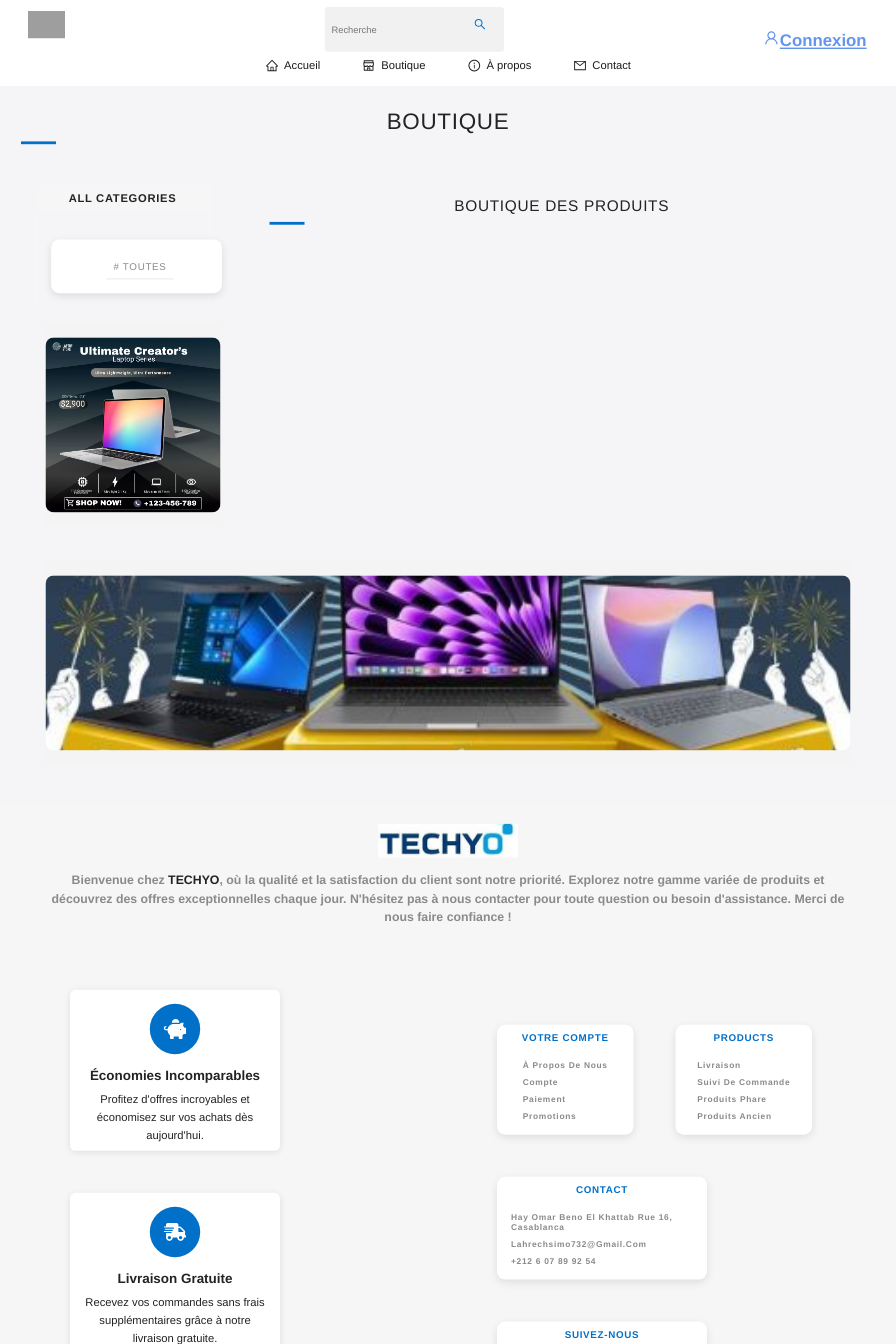
Repository: sebti-cloud/project-modern
Page: /shop (app in ecommerce_website/)
The author's editor kept a copy of each file at every save. The page is drawn from the files as they stood at one save, then again after the next save.
The browser window is 1280 px wide. The pictures show the part of the page from y = 0 to 1920 px (the page is 2633 px tall before and 2293 px after), at 70% of full size.
The page's requests for data from a server got no answer. The project was rebuilt for these pictures with package versions that can differ from the ones it lists, and the page was loaded fresh each time. No one was signed in, and anything a server would have sent is missing. Also part of the build but not shown: ecommerce_website/src/comp/home.js, ecommerce_website/src/comp/cart.js, ecommerce_website/src/comp/contact.js, ecommerce_website/src/comp/Products.js, ecommerce_website/src/comp/Orders.js, ecommerce_website/src/comp/LikedProducts.js, ecommerce_website/src/comp/Categories.js, ecommerce_website/src/comp/AdminContacts.js and 22 more.

Above is the page before, as saved 2025-01-26 13:10:17.

### ecommerce_website/src/comp/shop.js
import React, { useState, useEffect } from 'react';
import './shop.css';
import { AiFillEye, AiFillHeart, AiOutlineShoppingCart, AiOutlineClose } from 'react-icons/ai';
import { Link } from 'react-router-dom';
import Cookies from 'js-cookie';
import Slider from 'react-slick';

const Shop = ({ addtocart, searchResults }) => {
  const [showDetail, setShowDetail] = useState(false);
  const [detail, setDetail] = useState({});
  const [shop, setShop] = useState([]);
  const [categories, setCategories] = useState([]);
  const [likedMessage, setLikedMessage] = useState('');
  const [showLikedMessage, setShowLikedMessage] = useState(false);
  const [cartCount, setCartCount] = useState(parseInt(localStorage.getItem('cartCount')) || 0);
  const [userId, setUserId] = useState(null);
  const [autoplayIndex, setAutoplayIndex] = useState(null);
  const [currentCategory, setCurrentCategory] = useState(''); // Ajout d'un état pour la catégorie actuelle

  useEffect(() => {
    fetchProducts();
    fetchCategories();
    getUserId();
  }, []);

  useEffect(() => {
    if (searchResults && searchResults.length > 0) {
      setShop(searchResults);
    }
  }, [searchResults]);

  useEffect(() => {
    localStorage.setItem('cartCount', cartCount);
  }, [cartCount]);

  useEffect(() => {
    fetchProducts(currentCategory); // Mise à jour de l'effet pour recharger les produits en fonction de la catégorie
  }, [currentCategory]); // Ajouter currentCategory comme dépendance

  const fetchProducts = async (category = '') => {
    try {
      let url = 'http://localhost:3001/api/products';
      if (category) {
        url += `?category=${category}`;
      }
      const response = await fetch(url);
      const data = await response.json();

      const normalizedData = data.map(product => ({
        ...product,
        images: product.images ? product.images.replace(/[{}"]/g, '').split(',') : [],
      }));

      setShop(Array.isArray(normalizedData) ? normalizedData : []);
    } catch (error) {
      console.error('Error fetching products:', error);
    }
  };

  const fetchCategories = async () => {
    try {
      const response = await fetch('http://localhost:3001/api/categories');
      const data = await response.json();
      setCategories(Array.isArray(data) ? data : []);
    } catch (error) {
      console.error('Error fetching categories:', error);
    }
  };

  const getUserId = async () => {
    const token = Cookies.get('token');
    if (token) {
      try {
        const response = await fetch('http://localhost:3001/api/user', {
          headers: { Authorization: `Bearer ${token}` },
        });
        const data = await response.json();
        setUserId(data.id);
      } catch (error) {
        console.error('Error fetching user data:', error);
      }
    }
  };

  const detailpage = (product) => {
    setDetail(product);
    setShowDetail(true);
  };

  const closeDetail = () => {
    setShowDetail(false);
  };

  const filtercate = (category) => {
    setCurrentCategory(category); // Mise à jour de la catégorie actuelle
  };

  const allcatfilter = () => {
    setCurrentCategory(''); // Réinitialiser la catégorie actuelle
  };

  const handleLike = async (productId) => {
    if (!userId) {
      console.error('User is not logged in. Unable to like product.');
      return;
    }

    try {
      const response = await fetch('http://localhost:3001/api/liked-products', {
        method: 'POST',
        headers: { 'Content-Type': 'application/json' },
        body: JSON.stringify({ userId, product: productId }),
      });

      if (response.ok) {
        fetchProducts(currentCategory); // Recharger les produits après avoir aimé un produit
        setLikedMessage('Produit aimé!');
        setShowLikedMessage(true);
        setTimeout(() => setShowLikedMessage(false), 3000);
      } else {
        console.error('Failed to like product.');
      }
    } catch (error) {
      console.error('Error liking product:', error);
    }
  };

  const addToCart = (product) => {
    addtocart(product);
    setCartCount(cartCount + 1);
  };

  const settings = (index) => ({
    dots: true,
    infinite: true,
    speed: 500,
    slidesToShow: 1,
    slidesToScroll: 1,
    arrows: false,
    autoplay: autoplayIndex === index,
    pauseOnHover: true,
  });

  const handleMouseEnter = (index) => {
    setAutoplayIndex(index);
  };

  const handleMouseLeave = () => {
    setAutoplayIndex(null);
  };

  const renderProductImages = (images) => {
    if (Array.isArray(images) && images.length > 0) {
      return images.map((image, index) => (
        <div key={index} className='img_box'>
          <img src={`http://localhost:3001${image.trim()}`} alt='Product' />
        </div>
      ));
    } else {
      return (
        <div className='img_box'>
          <img src='/uploads/placeholder.jpg' alt='Placeholder' />
        </div>
      );
    }
  };

  return (
    <>
      {showDetail && (
        <div className='product_detail'>
          <button className='close_btn' onClick={closeDetail}><AiOutlineClose /></button>
          <Slider {...settings(null)}>
            {renderProductImages(detail.images)}
          </Slider>
          <div className='info'>
            <h4># {detail.category}</h4>
            <h2>{detail.name}</h2>
            <p>{detail.details}</p>
            <h3>{detail.price} Mad</h3>
            <button onClick={() => addToCart(detail)}>Ajouter au panier</button>
          </div>
        </div>
      )}

      <div className='shop'>
        {showLikedMessage && <div className="liked-message">{likedMessage}</div>}
        <h2>Boutique</h2>
        <div className='container'>
          <div className='left_box'>
            <div className='category'>
              <div className='header'>
                <h3>All categories</h3>
              </div>
              <div className='box'>
                <ul>
                  <li onClick={allcatfilter}># Toutes</li>
                  {categories.map((category) => (
                    <li key={category.id} onClick={() => filtercate(category.name)}>{`# ${category.name}`}</li>
                  ))}
                </ul>
              </div>
            </div>
            <div className='banner'>
              <div className='img_box'>
                <img src='image/shop_left.jpg' alt='' />
              </div>
            </div>
          </div>
          <div className='right_box'>
            <div className='product_box'>
              <h2>Boutique des produits</h2>
              <div className='product_container'>
                {shop.map((curElm, index) => (
                  <div key={curElm.id} className='box' onMouseEnter={() => handleMouseEnter(index)} onMouseLeave={handleMouseLeave}>
                    <div className='img_box'>
                      <Slider {...settings(index)}>
                        {renderProductImages(curElm.images)}
                      </Slider>
                      <div className='icon'>
                        <li onClick={() => handleLike(curElm.id)}><AiFillHeart /></li>
                        <li onClick={() => detailpage(curElm)}><AiFillEye /></li>
                      </div>
                    </div>
                    <div className='detail'>
                      <h3>{curElm.name}</h3>
                      <p>{curElm.price} Mad</p>
                      <button onClick={() => addToCart(curElm)}>Ajouter au panier</button>
                    </div>
                  </div>
                ))}
              </div>
            </div>
          </div>
          <div className='banner'>
            <div className='img_box'>
              <img src='image/shop_top.jpg' alt='' />
            </div>
          </div>
        </div>

        {cartCount > 0 && (
          <Link to="/cart">
            <div className="cart-icon">
              <AiOutlineShoppingCart />
              <span className="cart-count">{cartCount}</span>
            </div>
          </Link>
        )}
      </div>
    </>
  );
};

export default Shop;

/*import React, { useState, useEffect } from 'react';
import './shop.css';
import { AiFillEye, AiFillHeart, AiOutlineShoppingCart, AiOutlineClose } from 'react-icons/ai';
import { Link } from 'react-router-dom';
import Cookies from 'js-cookie';
import Slider from 'react-slick';

const Shop = ({ addtocart, searchResults }) => {
  const [showDetail, setShowDetail] = useState(false);
  const [detail, setDetail] = useState({});
  const [shop, setShop] = useState([]);
  const [categories, setCategories] = useState([]);
  const [likedMessage, setLikedMessage] = useState('');
  const [showLikedMessage, setShowLikedMessage] = useState(false);
  const [cartCount, setCartCount] = useState(parseInt(localStorage.getItem('cartCount')) || 0);
  const [userId, setUserId] = useState(null);
  const [autoplayIndex, setAutoplayIndex] = useState(null);

  useEffect(() => {
    fetchProducts();
    fetchCategories();
    getUserId();
  }, []);

  useEffect(() => {
    if (searchResults && searchResults.length > 0) {
      setShop(searchResults);
    }
  }, [searchResults]);

  useEffect(() => {
    localStorage.setItem('cartCount', cartCount);
  }, [cartCount]);

  const fetchProducts = async (category = '') => {
    try {
      let url = 'http://localhost:3001/api/products';
      if (category) {
        url += `?category=${category}`;
      }
      const response = await fetch(url);
      const data = await response.json();

      const normalizedData = data.map(product => ({
        ...product,
        images: product.images ? product.images.replace(/[{}"]/g, '').split(',') : [],
      }));

      setShop(Array.isArray(normalizedData) ? normalizedData : []);
    } catch (error) {
      console.error('Error fetching products:', error);
    }
  };

  const fetchCategories = async () => {
    try {
      const response = await fetch('http://localhost:3001/api/categories');
      const data = await response.json();
      setCategories(Array.isArray(data) ? data : []);
    } catch (error) {
      console.error('Error fetching categories:', error);
    }
  };

  const getUserId = async () => {
    const token = Cookies.get('token');
    if (token) {
      try {
        const response = await fetch('http://localhost:3001/api/user', {
          headers: { Authorization: `Bearer ${token}` },
        });
        const data = await response.json();
        setUserId(data.id);
      } catch (error) {
        console.error('Error fetching user data:', error);
      }
    }
  };

  const detailpage = (product) => {
    setDetail(product);
    setShowDetail(true);
  };

  const closeDetail = () => {
    setShowDetail(false);
  };

  const filtercate = (category) => {
    fetchProducts(category);
  };

  const allcatfilter = () => {
    fetchProducts();
  };

  const handleLike = async (productId) => {
    if (!userId) {
      console.error('User is not logged in. Unable to like product.');
      return;
    }

    try {
      const response = await fetch('http://localhost:3001/api/liked-products', {
        method: 'POST',
        headers: { 'Content-Type': 'application/json' },
        body: JSON.stringify({ userId, product: productId }),
      });

      if (response.ok) {
        fetchProducts();
        setLikedMessage('Produit aimé!');
        setShowLikedMessage(true);
        setTimeout(() => setShowLikedMessage(false), 3000);
      } else {
        console.error('Failed to like product.');
      }
    } catch (error) {
      console.error('Error liking product:', error);
    }
  };

  const addToCart = (product) => {
    addtocart(product);
    setCartCount(cartCount + 1);
  };

  const settings = (index) => ({
    dots: true,
    infinite: true,
    speed: 500,
    slidesToShow: 1,
    slidesToScroll: 1,
    arrows: false,
    autoplay: autoplayIndex === index,
    pauseOnHover: true,
  });

  const handleMouseEnter = (index) => {
    setAutoplayIndex(index);
  };

  const handleMouseLeave = () => {
    setAutoplayIndex(null);
  };

  const renderProductImages = (images) => {
    if (Array.isArray(images) && images.length > 0) {
      return images.map((image, index) => (
        <div key={index} className='img_box'>
          <img src={`http://localhost:3001${image.trim()}`} alt='Product' />
        </div>
      ));
    } else {
      return (
        <div className='img_box'>
          <img src='/uploads/placeholder.jpg' alt='Placeholder' />
        </div>
      );
    }
  };

  return (
    <>
      {showDetail && (
        <div className='product_detail'>
          <button className='close_btn' onClick={closeDetail}><AiOutlineClose /></button>
          <Slider {...settings(null)}>
            {renderProductImages(detail.images)}
          </Slider>
          <div className='info'>
            <h4># {detail.category}</h4>
            <h2>{detail.name}</h2>
            <p>{detail.details}</p>
            <h3>{detail.price} Mad</h3>
            <button onClick={() => addToCart(detail)}>Ajouter au panier</button>
          </div>
        </div>
      )}

      <div className='shop'>
        {showLikedMessage && <div className="liked-message">{likedMessage}</div>}
        <h2>Boutique</h2>
        <div className='container'>
          <div className='left_box'>
            <div className='category'>
              <div className='header'>
                <h3>All categories</h3>
              </div>
              <div className='box'>
                <ul>
                  <li onClick={allcatfilter}># Toutes</li>
                  {categories.map((category) => (
                    <li key={category.id} onClick={() => filtercate(category.name)}>{`# ${category.name}`}</li>
                  ))}
                </ul>
              </div>
            </div>
            <div className='banner'>
              <div className='img_box'>
                <img src='image/shop_left.jpg' alt='' />
              </div>
            </div>
          </div>
          <div className='right_box'>
            <div className='product_box'>
              <h2>Boutique des produits</h2>
              <div className='product_container'>
                {shop.map((curElm, index) => (
                  <div key={curElm.id} className='box' onMouseEnter={() => handleMouseEnter(index)} onMouseLeave={handleMouseLeave}>

<div className='img_box'>
                      <Slider {...settings(index)}>
                        {renderProductImages(curElm.images)}
                      </Slider>
                      <div className='icon'>
                        <li onClick={() => handleLike(curElm.id)}><AiFillHeart /></li>
                        <li onClick={() => detailpage(curElm)}><AiFillEye /></li>
                      </div>
                    </div>
                    <div className='detail'>

                      <h3>{curElm.name}</h3>
                      <p>{curElm.price} Mad</p>
                      <button onClick={() => addToCart(curElm)}>Ajouter au panier</button>
                    </div>
                  </div>
                ))}
              </div>
            </div>
          </div>
          <div className='banner'>
            <div className='img_box'>
              <img src='image/shop_top.jpg' alt='' />
            </div>
          </div>
        </div>

        {cartCount > 0 && (
          <Link to="/cart">
            <div className="cart-icon">
              <AiOutlineShoppingCart />
              <span className="cart-count">{cartCount}</span>
            </div>
          </Link>
        )}
      </div>
    </>
  );
};

export default Shop;*/

### ecommerce_website/src/comp/register.css
/* Styles pour le conteneur d'inscription uniquement */
.register-page {
    height: 100vh;
    display: flex;
    justify-content: center;
    align-items: center;
    background: linear-gradient(135deg, #ff9a9e 0%, #fad0c4 100%);
    margin: 0;
    padding: 0;
    font-family: 'Arial', sans-serif;
  }

  .register-container {
    width: 100%;
    max-width: 400px;
    background: #fff;
    padding: 40px;
    border-radius: 10px;
    box-shadow: 0 4px 8px rgba(0, 0, 0, 0.1);
  }

  .register-form-container {
    display: flex;
    flex-direction: column;
    align-items: center;
  }

  h2 {
    margin-bottom: 20px;
    color: #333;
  }

  .input-group {
    width: 100%;
    margin-bottom: 20px;
  }

  .input-group label {
    display: block;
    margin-bottom: 5px;
    color: #666;
  }

  .input-group input, .input-group textarea {
    width: 100%;
    padding: 10px;
    border: 1px solid #ddd;
    border-radius: 5px;
    transition: all 0.3s;
  }

  .input-group.name input, .input-group.phone input, .input-group.password input, .input-group.email input, .input-group.address textarea {
    width: 100%;
  }

  .input-group input:focus, .input-group textarea:focus {
    border-color: #ff6f61;
    box-shadow: 0 0 8px rgba(255, 111, 97, 0.3);
    outline: none;
  }

  .register-button {
    width: 100%;
    padding: 10px 0;
    background: #ff6f61;
    color: #fff;
    border: none;
    border-radius: 5px;
    font-weight: bold;
    cursor: pointer;
    transition: all 0.3s;
  }

  .register-button:hover {
    background: #e65c53;
  }

Loaded but not shown: ecommerce_website/public/index.html (common file); ecommerce_website/src/App.js (199 lines, source omitted); ecommerce_website/src/comp/footer.js (128 lines, source omitted); ecommerce_website/src/comp/nav.js (108 lines, source omitted); ecommerce_website/src/comp/home_product.js (112 lines, source omitted); ecommerce_website/src/comp/rout.js (21 lines, source omitted); ecommerce_website/src/index.js (24 lines, source omitted); ecommerce_website/src/comp/admin.css (582 lines, source omitted); ecommerce_website/src/comp/shop.css (439 lines, source omitted); ecommerce_website/src/comp/home.css (433 lines, source omitted); ecommerce_website/src/styles/app.css (421 lines, source omitted); ecommerce_website/src/comp/footer.css (216 lines, source omitted); ecommerce_website/src/comp/cart.css (205 lines, source omitted); ecommerce_website/src/comp/TrackOrder.css (175 lines, source omitted); ecommerce_website/src/comp/UserProfile.css (159 lines, source omitted); ecommerce_website/src/comp/delivery.css (131 lines, source omitted); ecommerce_website/src/comp/nav.css (123 lines, source omitted); ecommerce_website/src/comp/topProducts.css (114 lines, source omitted); ecommerce_website/src/comp/login.css (110 lines, source omitted); ecommerce_website/src/comp/sales.css (108 lines, source omitted); ecommerce_website/src/comp/oldProduct.css (107 lines, source omitted); ecommerce_website/src/comp/contact.css (101 lines, source omitted); ecommerce_website/src/comp/about.css (107 lines, source omitted)

After the next save:
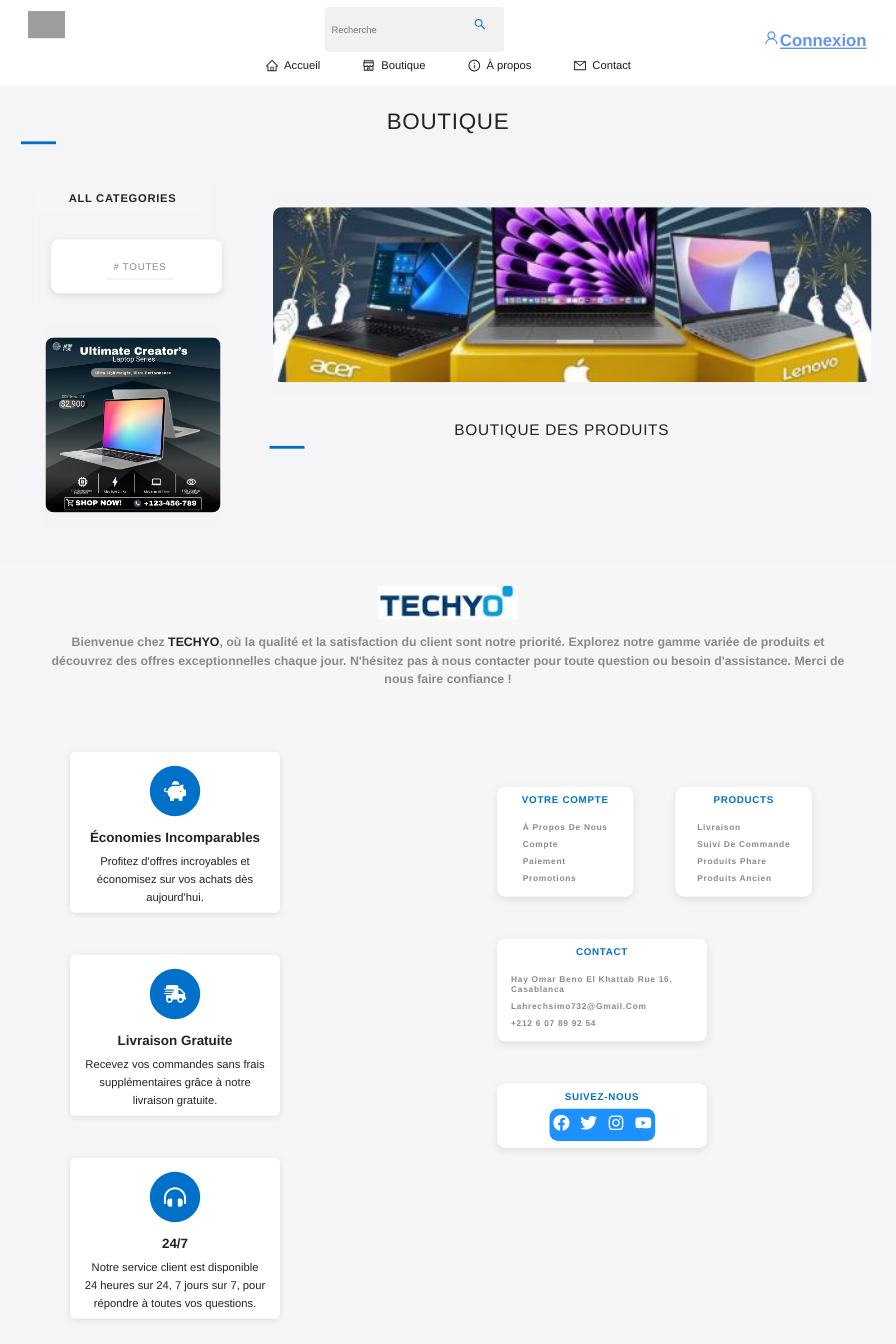
Saved 4 min 3 s later.
--- a/ecommerce_website/src/comp/shop.js
+++ b/ecommerce_website/src/comp/shop.js
@@ -1,6 +1,6 @@
 import React, { useState, useEffect } from 'react';
 import './shop.css';
-import { AiFillEye, AiFillHeart, AiOutlineShoppingCart, AiOutlineClose } from 'react-icons/ai';
+import { AiFillEye, AiFillHeart, AiOutlineShoppingCart, AiOutlineClose } from "react-icons/ai";
 import { Link } from 'react-router-dom';
 import Cookies from 'js-cookie';
 import Slider from 'react-slick';
@@ -15,7 +15,6 @@
   const [cartCount, setCartCount] = useState(parseInt(localStorage.getItem('cartCount')) || 0);
   const [userId, setUserId] = useState(null);
   const [autoplayIndex, setAutoplayIndex] = useState(null);
-  const [currentCategory, setCurrentCategory] = useState(''); // Ajout d'un état pour la catégorie actuelle
 
   useEffect(() => {
     fetchProducts();
@@ -32,10 +31,6 @@
   useEffect(() => {
     localStorage.setItem('cartCount', cartCount);
   }, [cartCount]);
-
-  useEffect(() => {
-    fetchProducts(currentCategory); // Mise à jour de l'effet pour recharger les produits en fonction de la catégorie
-  }, [currentCategory]); // Ajouter currentCategory comme dépendance
 
   const fetchProducts = async (category = '') => {
     try {
@@ -63,7 +58,7 @@
       const data = await response.json();
       setCategories(Array.isArray(data) ? data : []);
     } catch (error) {
-      console.error('Error fetching categories:', error);
+      console.error("Error fetching categories:", error);
     }
   };
 
@@ -92,11 +87,11 @@
   };
 
   const filtercate = (category) => {
-    setCurrentCategory(category); // Mise à jour de la catégorie actuelle
+    fetchProducts(category);
   };
 
   const allcatfilter = () => {
-    setCurrentCategory(''); // Réinitialiser la catégorie actuelle
+    fetchProducts();
   };
 
   const handleLike = async (productId) => {
@@ -113,7 +108,7 @@
       });
 
       if (response.ok) {
-        fetchProducts(currentCategory); // Recharger les produits après avoir aimé un produit
+        fetchProducts();
         setLikedMessage('Produit aimé!');
         setShowLikedMessage(true);
         setTimeout(() => setShowLikedMessage(false), 3000);
@@ -195,7 +190,7 @@
               <div className='box'>
                 <ul>
                   <li onClick={allcatfilter}># Toutes</li>
-                  {categories.map((category) => (
+                  {categories.map(category => (
                     <li key={category.id} onClick={() => filtercate(category.name)}>{`# ${category.name}`}</li>
                   ))}
                 </ul>
@@ -203,11 +198,16 @@
             </div>
             <div className='banner'>
               <div className='img_box'>
-                <img src='image/shop_left.jpg' alt='' />
+                <img src='image/shop_left.jpg' alt=''></img>
               </div>
             </div>
           </div>
           <div className='right_box'>
+            <div className='banner'>
+              <div className='img_box'>
+                <img src='image/shop_top.jpg' alt=''></img>
+              </div>
+            </div>
             <div className='product_box'>
               <h2>Boutique des produits</h2>
               <div className='product_container'>
@@ -232,13 +232,7 @@
               </div>
             </div>
           </div>
-          <div className='banner'>
-            <div className='img_box'>
-              <img src='image/shop_top.jpg' alt='' />
-            </div>
-          </div>
-        </div>
-
+        </div>
         {cartCount > 0 && (
           <Link to="/cart">
             <div className="cart-icon">
@@ -253,6 +247,7 @@
 };
 
 export default Shop;
+
 
 /*import React, { useState, useEffect } from 'react';
 import './shop.css';
